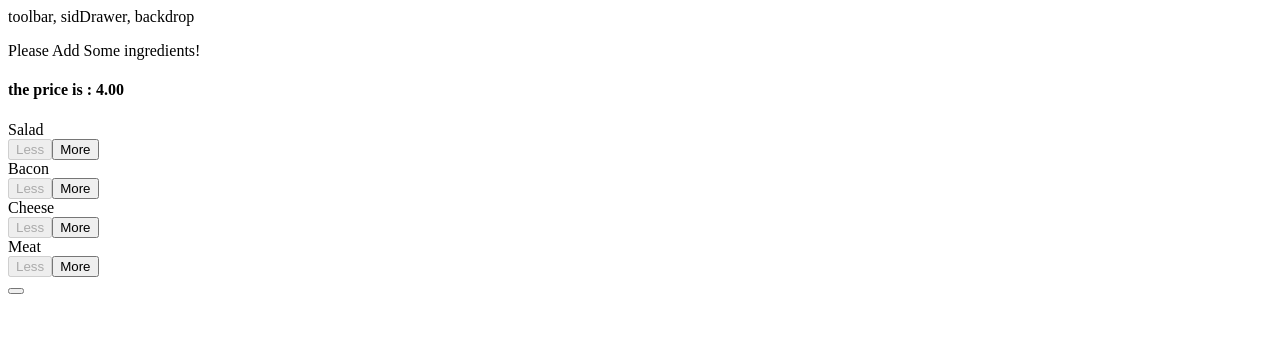
Repository: Yekta-Behzadi/burger-builder
Page: /
The author's editor kept a copy of each file at every save. The page is drawn from the files as they stood at one save, then again after the next save.
The browser window is 1280 px wide. The pictures show the whole page.
The project was rebuilt for these pictures with package versions that can differ from the ones it lists, and the page was loaded fresh each time. Also part of the build but not shown: src/components/Layout/Layout.css, src/components/Burger/Burger.css, src/components/Burger/BurgerIngredients/BurgerIngredients.css, src/components/Burger/BuildControls/BuildControls.css, src/components/Burger/BuildControls/BuildControl/BuildControl.css.

Above is the page before, as saved 2021-01-02 16:42:14.

### public/index.html
<!DOCTYPE html>
<html lang="en">
  <head>
    <meta charset="utf-8" />
    <link rel="icon" href="%PUBLIC_URL%/favicon.ico" />
    <meta name="viewport" content="width=device-width, initial-scale=1" />
    <meta name="theme-color" content="#000000" />
    <meta
      name="description"
      content="Web site created using create-react-app"
    />
    <link rel="apple-touch-icon" href="%PUBLIC_URL%/logo192.png" />
    <!--
      manifest.json provides metadata used when your web app is installed on a
      user's mobile device or desktop. See https://developers.google.com/web/fundamentals/web-app-manifest/
    -->
    <link rel="manifest" href="%PUBLIC_URL%/manifest.json" />
    <!--
      Notice the use of %PUBLIC_URL% in the tags above.
      It will be replaced with the URL of the `public` folder during the build.
      Only files inside the `public` folder can be referenced from the HTML.

      Unlike "/favicon.ico" or "favicon.ico", "%PUBLIC_URL%/favicon.ico" will
      work correctly both with client-side routing and a non-root public URL.
      Learn how to configure a non-root public URL by running `npm run build`.
    -->
    <link rel="preconnect" href="https://fonts.gstatic.com">
<link href="https://fonts.googleapis.com/css2?family=Open+Sans&display=swap" rel="stylesheet">
    <title>My Burgre</title>
  </head>
  <body>
    <noscript>You need to enable JavaScript to run this app.</noscript>
    <div id="root"></div>
    <!--
      This HTML file is a template.
      If you open it directly in the browser, you will see an empty page.

      You can add webfonts, meta tags, or analytics to this file.
      The build step will place the bundled scripts into the <body> tag.

      To begin the development, run `npm start` or `yarn start`.
      To create a production bundle, use `npm run build` or `yarn build`.
    -->
  </body>
</html>

### src/App.js
import React, { Component } from 'react'
import Layout from './components/Layout/Layout'
import BurgerBuilder from './containers/BurgerBuilder/BurgerBuilder'

class App extends Component {
  render() {
    return (
      <div>
        <Layout>
<BurgerBuilder/>
        </Layout>
      </div>
    )
  }
}



export default App

### src/components/Layout/Layout.js
import React from 'react'
import Aux from '../../hoc/Aux'
import classes from '../Layout/Layout.css'

const Layout = (props) => {
  return (
    <Aux>
       <div>
      toolbar, sidDrawer, backdrop
      </div>
      <main className={classes.Content} >
        {props.children}
      </main>
    </Aux>

  )
}

export default Layout

### src/containers/BurgerBuilder/BurgerBuilder.js
import React, { Component } from 'react'
import Aux from '../../hoc/Aux'
import Burger from '../../components/Burger/Burger'
import BuildControls from '../../components/Burger/BuildControls/BuildControls'



const INGREDIENTS_PRICE = {
  salad : 0.5,
  cheese : 0.4,
  meat : 1.3,
  bacon: 0.7
}


 class BurgerBuilder extends Component {

state = {
  ingredients:{
    salad:0,
    bacon:0,
    cheese:0,
    meat:0,

  },
  totalPrice : 4
}
addIngredientHandler = (type) =>{
  const oldCount = this.state.ingredients[type];
  const updatedCount = oldCount + 1 ;
  const updatedIngredients = {
    ...this.state.ingredients } ;
  updatedIngredients[type] = updatedCount;
  const priceAddition = INGREDIENTS_PRICE[type]
  const oldPrice = this.state.totalPrice
  const newPrice = oldPrice + priceAddition
  this.setState({totalPrice : newPrice , ingredients : updatedIngredients} )

}

removeIngredientHandler = (type) =>{
  const oldCount = this.state.ingredients[type];
  if (oldCount <= 0 ) {
    return;
  }
  const updatedCount = oldCount -1;
  const updatedIngredients = {...this.state.ingredients};
  updatedIngredients[type] = updatedCount ;
  const priceDeducted = INGREDIENTS_PRICE[type] ;
  const oldPrice = this.state.totalPrice ;
  const newPrice = oldPrice - priceDeducted ;
  this.setState({totalPrice: newPrice , ingredients: updatedIngredients})
}

  render() {
let disabeledInfo = {
  ...this.state.ingredients
}
for (let key in disabeledInfo) {
 disabeledInfo[key] = disabeledInfo[key] <= 0
}

    return (

   <Aux>
   <Burger ingredients={this.state.ingredients} />
    <BuildControls ingredientAdded={this.addIngredientHandler}
     ingredientDeducted={this.removeIngredientHandler}
     disabeled = {disabeledInfo}
     price={this.state.totalPrice} />
    </Aux>
    )
  }
}

export default BurgerBuilder

### src/components/Burger/Burger.js
import React from 'react'
import classes from './Burger.css'
import BurgerIngredient from './BurgerIngredients/BurgerIngredients'

const burger = (props) => {

let transformedIngredients = Object.keys(props.ingredients).map((igKey) =>{
return [...Array(props.ingredients[igKey])].map((_, i) =>{
  return <BurgerIngredient key={igKey + i} types={igKey} />
} )
} ).reduce((arr,el) => {
  return arr.concat(el)
},[])



if (transformedIngredients.length === 0) {
  transformedIngredients = <p>Please Add Some ingredients!</p>
}
  return (
    <div className={classes.Burger} >
      <BurgerIngredient types='bread-top' />
     {transformedIngredients}
      <BurgerIngredient types='bread-bottom' />

    </div>
  )
}

export default burger

### src/components/Burger/BuildControls/BuildControls.js
import React from 'react'
import classes from './BuildControls.css'
import BuildControl from './BuildControl/BuildControl'

const controls = [
  {label: 'Salad', type: 'salad'},
  {label: 'Bacon', type: 'bacon'},
  {label:'Cheese' , type: 'cheese'},
  {label:'Meat' , type:'meat' }
]


const BuildControls = (props) => {
  return (

    <div className={classes.BuildControls} >
          <h4>the price is : <strong>{props.price.toFixed(2)} </strong> </h4>
{controls.map(ctrl => (
<BuildControl
     key={ctrl.label}
     label={ctrl.label}
     added={ () => props.ingredientAdded(ctrl.type)}
     deducted = {() => props.ingredientDeducted(ctrl.type)}
     disabeled = {props.disabeled[ctrl.type]}
     />
     ))}
     <button>  </button>
 </div>

  )
}

export default BuildControls

### src/components/Burger/BurgerIngredients/BurgerIngredients.js
import React from 'react'
import classes from '../BurgerIngredients/BurgerIngredients.css'
import PropTypes from 'prop-types'

const BurgerIngredients = (props) => {

  let ingredients = null;


  switch (props.types) {
    case ('bread-bottom'):
      ingredients = <div className={classes.BreadBottom} ></div>
      break;

  case('bread-top') :
  ingredients = ( <div className={classes.BreadTop} >
    <div className={classes.Seeds1} ></div>
    <div className={classes.Seeds2} ></div>

  </div>)
  break;

  case('meat'):
ingredients = <div className={classes.Meat} ></div>
  break;

  case('cheese'):
  ingredients = <div className={classes.Cheese} ></div>
    break;

    case('salad'):
    ingredients = <div className={classes.Salad} ></div>
      break;

      case('bacon'):
      ingredients = <div className={classes.Bacon} ></div>
        break;

    default:
      ingredients = null;
      break;
  }

  return ingredients;

}

BurgerIngredients.propTypes = {
  types: PropTypes.string.isRequired
}


export default BurgerIngredients

### src/components/Burger/BuildControls/BuildControl/BuildControl.js
import React from 'react'
import classes from './BuildControl.css';

const buildControl = (props) => (
  <div className={classes.BuildControl} >
      <div className={classes.Label} >{props.label} </div>
      <button
      className={classes.Less}
      onClick={props.deducted}
      disabled={props.disabeled} > Less
      </button>

      <button className={classes.More}
       onClick={props.added} > More
       </button>
    </div>
)



export default buildControl

Loaded but not shown: src/index.js (common file); src/hoc/Aux.js (common file)

After the next save:
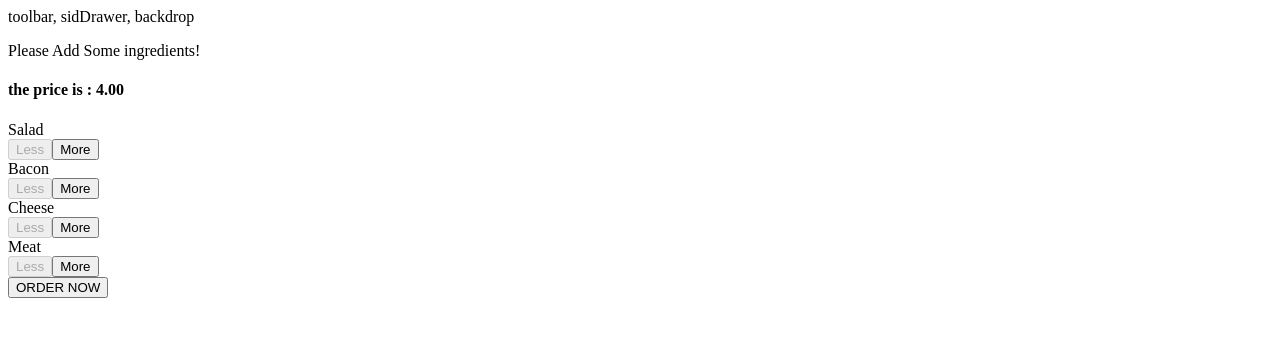
Saved 20 s later.
--- a/src/components/Burger/BuildControls/BuildControls.js
+++ b/src/components/Burger/BuildControls/BuildControls.js
@@ -24,7 +24,7 @@
      disabeled = {props.disabeled[ctrl.type]}
      />
      ))}
-     <button>  </button>
+     <button> ORDER NOW </button>
  </div>
 
   )
